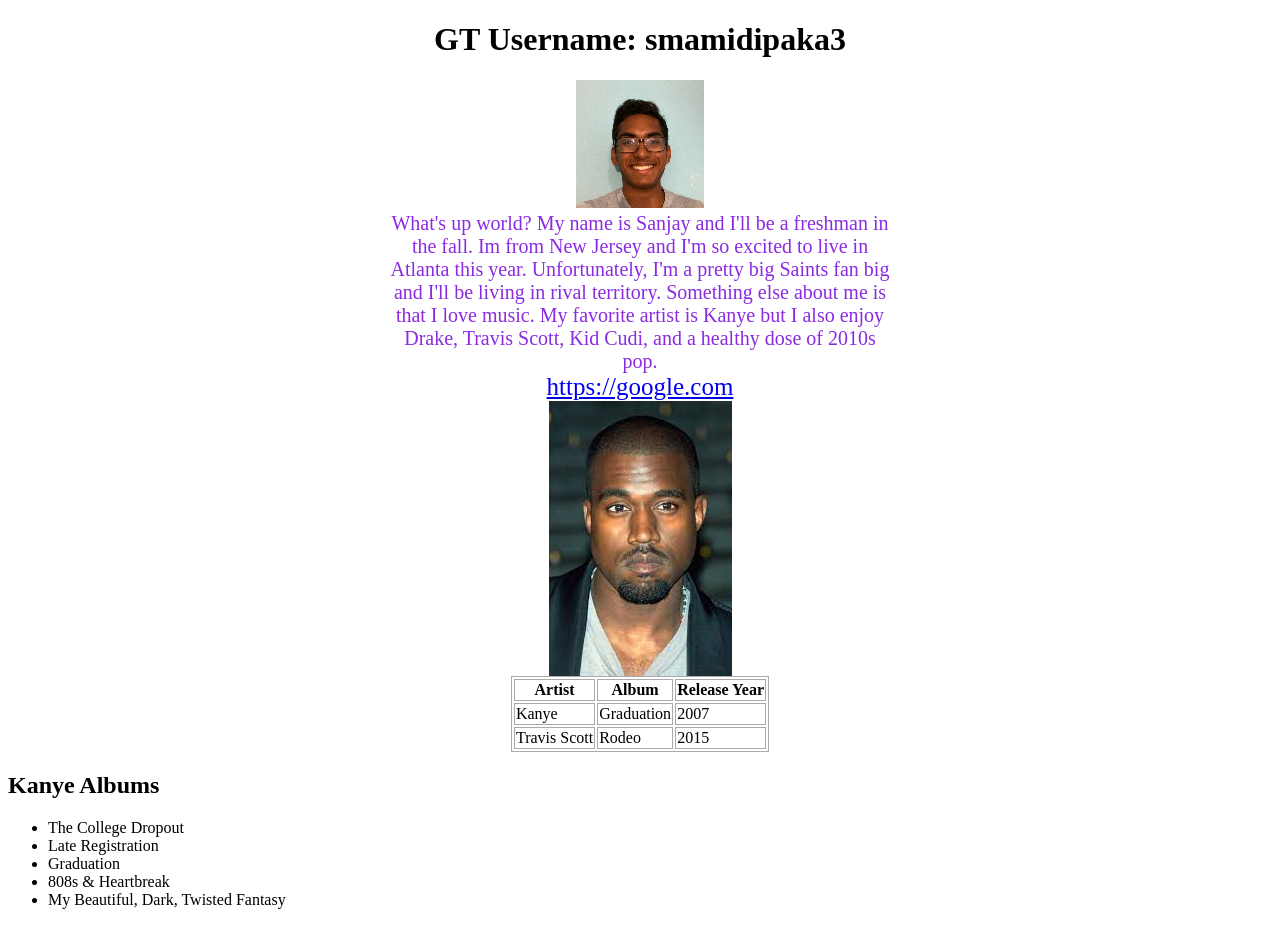
Repository: sanjayMamidipaka/cs1301
Page: lab01/index.html
These files come from the project's save history. The page is drawn as it stood at one moment and after a run of saves; the edit follows.
The browser window is 1280 px wide. The pictures show the whole page.

Above is the page before, as saved 2021-07-22 17:01:00.

### lab01/index.html
<!DOCTYPE html>

<head>
    <link rel="stylesheet" href="style.css">
  </head>

  <div class = "h1">
    <h1>GT Username: smamidipaka3</h1>

    <img src="image.png" alt="My Picture">
    <p class = 'description'>
        What's up world? My name is Sanjay and I'll be a freshman in the fall. Im from New Jersey and I'm so excited to live in Atlanta this year.
        Unfortunately, I'm a pretty big Saints fan big and I'll be living in rival territory. Something else about me is that I love music. My favorite artist is Kanye but
        I also enjoy Drake, Travis Scott, Kid Cudi, and a healthy dose of 2010s pop.
    </p>

    <a class='link' href="https://google.com">https://google.com</a>

  </div>

  <a href="https://www.kanyewest.com/" >
    <img class='kanye' src="kanye.jpeg" alt="The GOAT's pic">
</a>

<table class='table'>
    <tr>
        <th>Artist</th>
        <th>Album</th>
        <th>Release Year</th>
    </tr>

    <tr>
        <td>Kanye</td>
        <td>Graduation</td>
        <td>2007</td>
    </tr>

    <tr>
        <td>Travis Scott</td>
        <td>Rodeo</td>
        <td>2015</td>
    </tr>
</table>


    <h2 class='listtitle'>Kanye Albums</h2>

    <ul class='list'>
        <li>The College Dropout</li>
        <li>Late Registration</li>
        <li>Graduation</li>
        <li>808s & Heartbreak</li>
        <li>My Beautiful, Dark, Twisted Fantasy</li>
      </ul>

### lab01/style.css
.h1 {
    text-align: center
}

.description {
    width: 500px;
    text-align: center;
    margin: auto;
    color: blueviolet;
    font-size: 20px;
}

.link {
    font-size: 25px;
}

.kanye {
    display: block;
    margin-left: auto;
    margin-right: auto;
}

.table, th, td {
    border: 1px solid #aaaaaa;
    margin-left: auto;
    margin-right: auto;
}

ul {
    margin-left: auto;
    margin-right: auto;
}

After the next 3 saves:
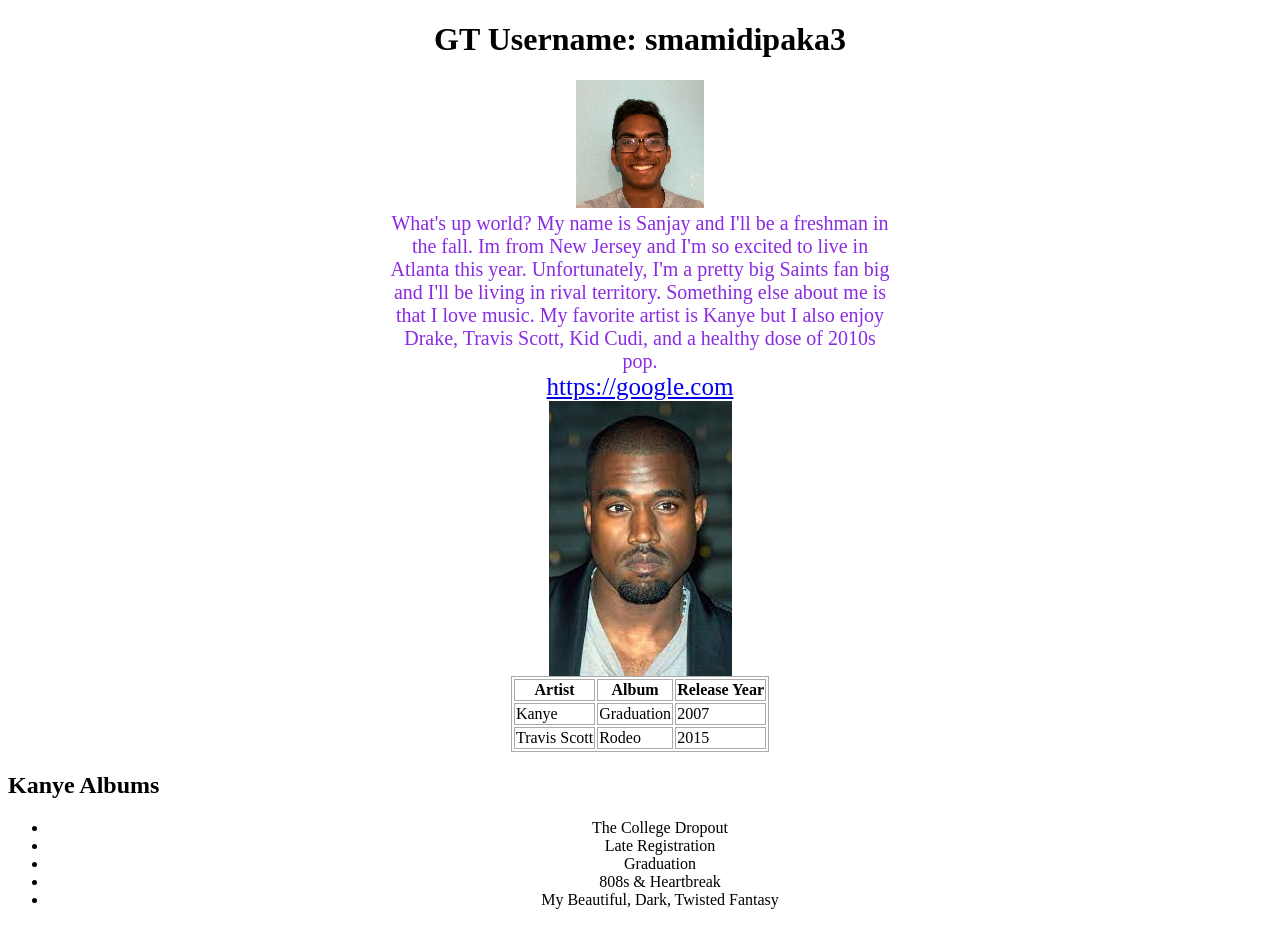
The 3 saves are shown as one change because they came seconds apart.
The last was saved 25 s later.
--- a/lab01/style.css
+++ b/lab01/style.css
@@ -27,6 +27,5 @@
 }
 
 ul {
-    margin-left: auto;
-    margin-right: auto;
+    text-align: center;
 }
